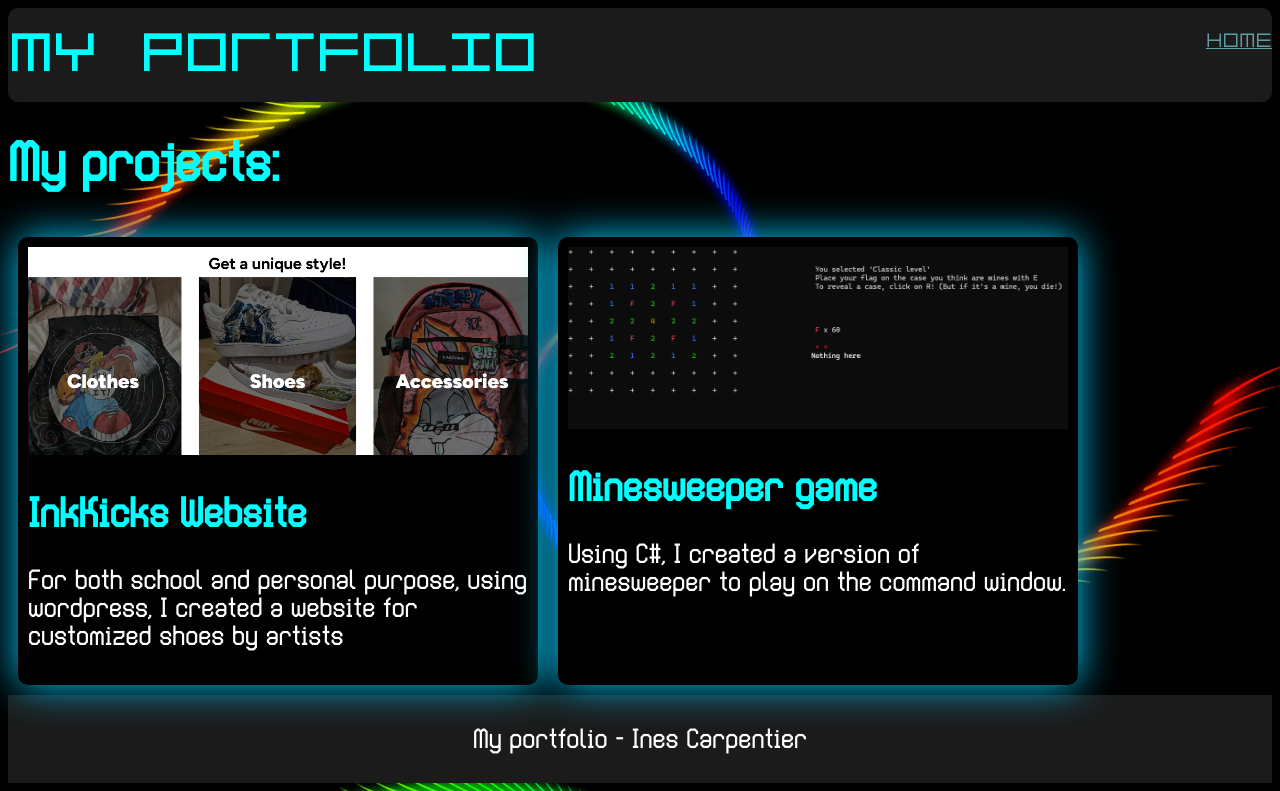
Repository: InsCarp/InsCarp
Page: InkKicks.html
An editor plug-in stored every save of this project. The page is shown before and after the next save, followed by the edit.
The browser window is 1280 px wide. The pictures show the whole page.
Backgrounds fixed to the window are drawn as part of the page.

Above is the page before, as saved 2026-05-13 21:47:12.

### InkKicks.html
<!DOCTYPE html>
<html lang="en">
<head>
    <meta charset="UTF-8">
    <meta name="viewport" content="width=device-width, initial-scale=1.0">
    <link rel="icon" href="/assets/images/Logo.svg" type="image/svg" />
    <link rel="stylesheet" href="/styles/globals.css" type="text/css"/>
    <link rel="stylesheet" href="/styles/project.css" type="text/css"/>

    <title>My portfolio - InkKicks</title>
</head>
<header>
    <h1 id="Title">My portfolio</h1>
    <nav>
        <a href="index.html">Home</a>

    </nav>
</header>
<body>
    <h1>My projects:</h1>
    <aside>
        <article id="web">
            <a href="https://inkkicks.wordpress.com/" target="blank">
             <img src="/assets/images/website.png" alt="Image of my website project" id="webimg"/>
            </a>
            <h2>InkKicks Website</h2>
             <p>For both school and personal purpose, using wordpress, I created a website for customized shoes by artists</p>
        </article>
        <article id="csharp">
            <a href="/minesweeper.html" target="myproject">
             <img src="/assets/images/minesweeper.png" alt="Image of my project" id="mine"/>
            </a>
            <h2>Minesweeper game</h2>
            <p>Using C#, I created a version of minesweeper to play on the command window.</p>

        </article>
    </aside>
</body>
<footer>
    <p>My portfolio - Ines Carpentier</p>
</footer>
</html>

### styles/globals.css
@font-face {
    font-family: Title;
    src: url(/assets/fonts/Y224-2vdae.ttf);
}
@font-face {
    font-family: Portfolio;
    src: url(/assets/fonts/Eightgon-OGn6p.ttf);
}

html{
    font-size:25px;
}

a {
    color:cadetblue;
}

a:visited{
    color:aquamarine;
}
a:hover{
    color:greenyellow;
}
a:active{
    color:yellow;
}

body{
    background-color:rgb(0, 2, 36);
    color:rgb(255, 255, 255);
    background-image: url(../assets/images/back.gif);
    background-size: cover;
    background-repeat: no-repeat;
    background-attachment: fixed;
    font-family: Portfolio;
}




h1, h2{
    color:aqua;

}

h3{
    color:aquamarine;
}


header {
    position:sticky;
    top:0;
    display: flex;
    flex-direction: row;
    font-family: Title;
    background-color:rgb(27, 27, 27);
    font-size:0.5rem;


}
nav{
    display:none;
}

footer{

    text-align: center;
    background-color:rgb(27, 27, 27);
    padding:0.2rem;


}

@media only screen and (min-width: 800px){
    header {
    justify-content: space-between;
    border-radius: 10px;
    font-size:0.8rem;

}
nav{
    text-align:right;
    display:initial;
    font-size:0.4rem;
    margin-top:10px;


}
}

@media only screen and (min-width: 1200px){
    header {
    display: flex;
    flex-direction: row;
    font-family: Title;
    justify-content: space-between;



}
nav{
    text-align:right;
    display:initial;
    font-size:0.6rem;
    margin-top:2%;



}
}

### styles/project.css
@keyframes grow{
    20%{
        transform: scale(1.05);
    }
        100%{
        transform: scale(1.05);
    }

}





#webimg {
    width: 13rem;
}

#mine{
    width: 13rem;
}

aside{
    display: flex;
    flex-direction: column;

}

article {
    width: 13rem;
    margin: 10px;
  background-color:rgb(0, 0, 0);
  padding:10px;
  border: 3px;
  border-radius:10px;
  box-shadow: 0 0 40px 0 rgb(0, 204, 255);
  opacity: 20;


}

@media only screen and (min-width: 800px){
    aside{
    display: grid;
    grid-template-columns: 1fr 3fr;
}
#webimg {
    width: 20rem;
}

#mine{
    width: 20rem;
}
article {
    width: 20rem;

}
article:hover{
    animation: grow 2s;

}

}

After the next save:
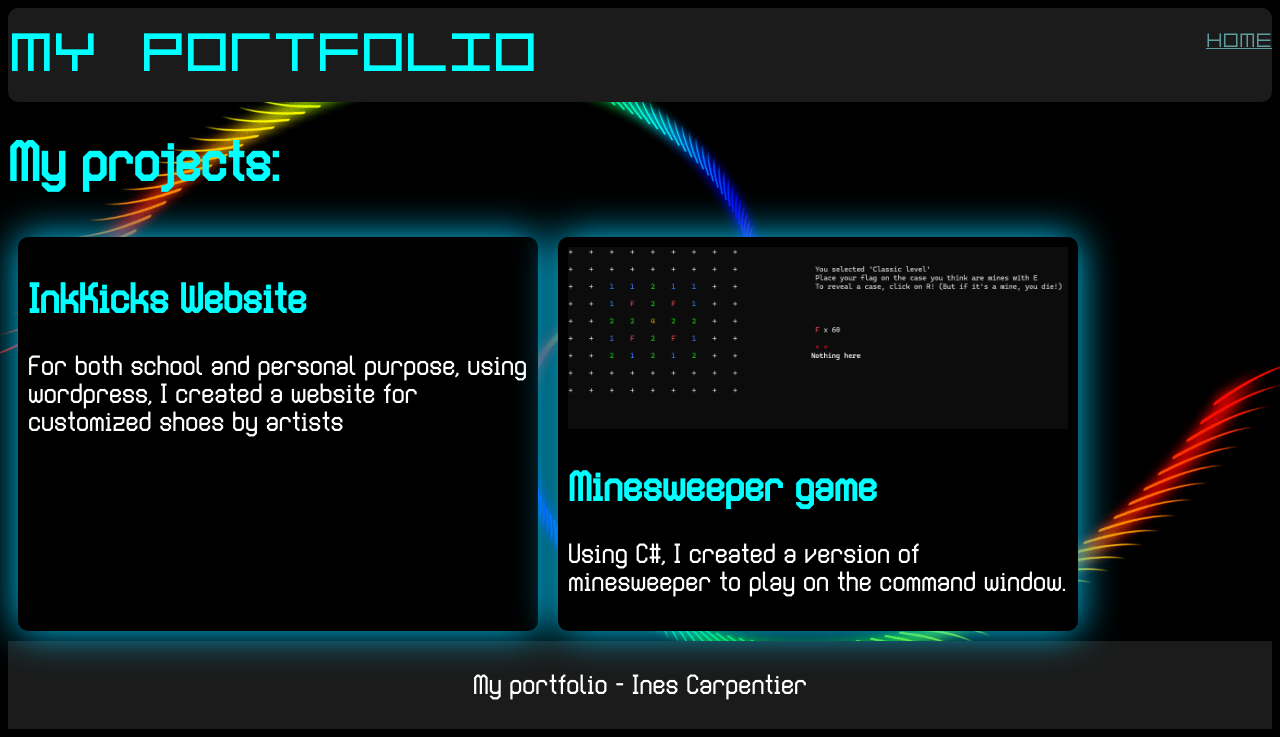
Saved 5 s later.
--- a/InkKicks.html
+++ b/InkKicks.html
@@ -21,7 +21,6 @@
     <aside>
         <article id="web">
             <a href="https://inkkicks.wordpress.com/" target="blank">
-             <img src="/assets/images/website.png" alt="Image of my website project" id="webimg"/>
             </a>
             <h2>InkKicks Website</h2>
              <p>For both school and personal purpose, using wordpress, I created a website for customized shoes by artists</p>
